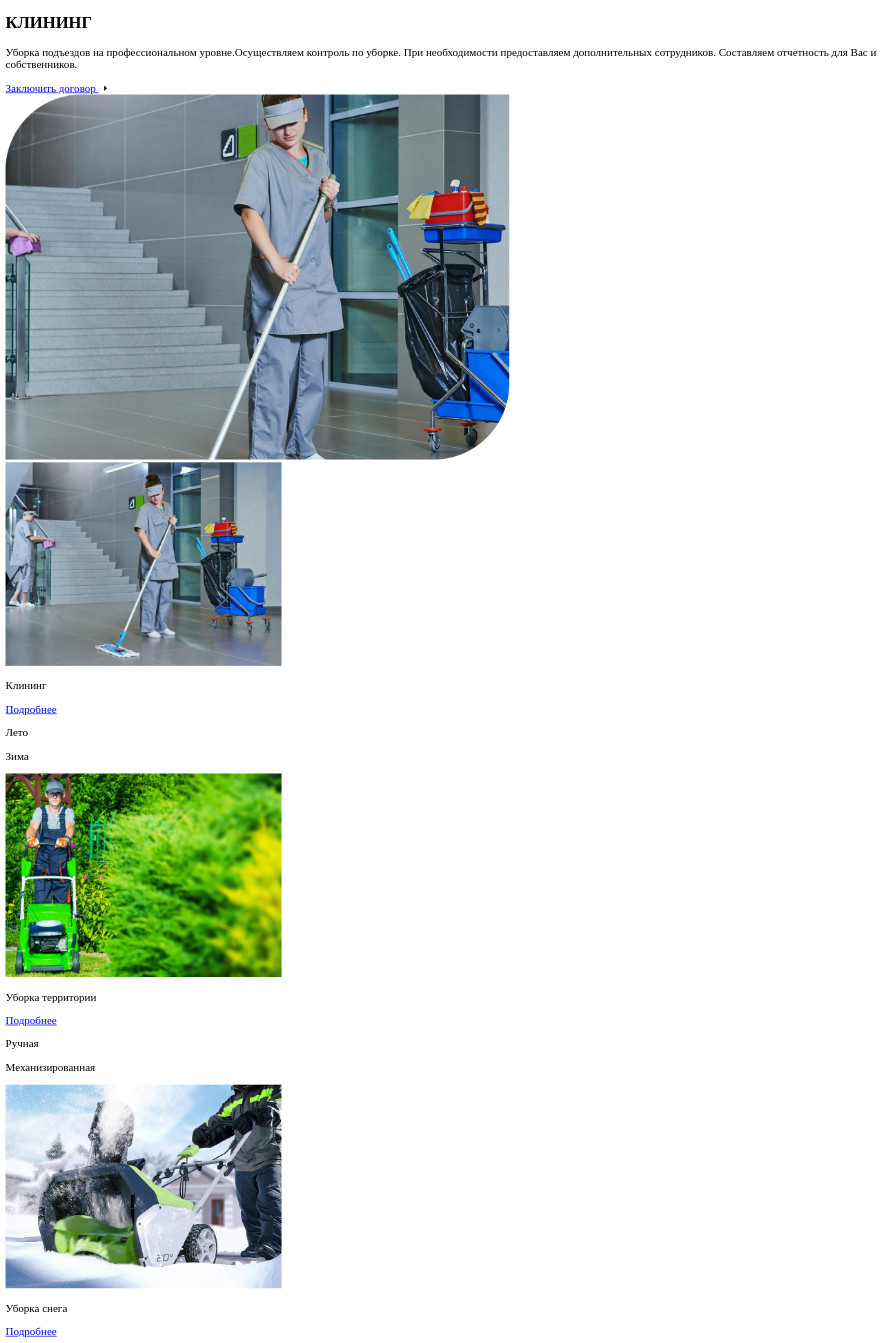
Repository: Azimich/Cleaning_
Page: src/pages/Cleaning/banner/banner.html
These files come from the project's save history. The page is drawn as it stood at one moment and after the next save; the edit follows.
The browser window is 1280 px wide. The pictures show the whole page, at 69% of full size.

Above is the page before, as saved 2022-10-19 18:34:57.

### src/pages/Cleaning/banner/banner.html
<!DOCTYPE html>
<section class="banner__cleaning">
  <div class="wrapper">
    <div class="banner__cleaning__container">
      <div class="banner__cleaning__items">
        <div class="banner__cleaning__info">
          <h1>КЛИНИНГ</h1>
          <p>
            Уборка подъездов на профессиональном уровне.Осуществляем контроль по уборке. При необходимости предоставляем дополнительных сотрудников. Составляем отчетность для Вас и собственников.
          </p>
          <a href="#" class="banner__cleaning__button">
            <span>Заключить договор</span>
            <svg width="13px" height="10px" viewbox="0 0 13 10">
              <path d="M1,5 L11,5"></path>
              <polyline points="8 1 12 5 8 9"></polyline>
            </svg>
          </a>
        </div>
        <div class="banner__cleaning__banner__cleaning">
          <img src="../assets/images/cleaning-banner.jpg" alt="banner__cleaning">
        </div>
      </div>
      <div class="banner__services__items">
        <div class="banner__services__item">
          <div class="services__item-images">
            <img src="../assets/images/cleaning.jpg" alt="cleaning">
          </div>
          <div class="services__item-info">
            <p class="h3">Клининг</p>
            <a href="cleaning.html" class="button-2">Подробнее</a>
          </div>
        </div>
        <div class="banner__services__item">
          <div class="services__item-images">
            <div class="services__item-animation">
              <span>
                <p>Лето</p>
                <p>Зима</p>
              </span>
            </div>
            <img src="../assets/images/grass.jpg" alt="grass">
          </div>
          <div class="services__item-info">
            <p class="h3">Уборка территории</p>
            <a href="#" class="button-2">Подробнее</a>
          </div>
        </div>
        <div class="banner__services__item">
          <div class="services__item-images">
            <div class="services__item-animation">
              <span>
                <p>Ручная</p>
                <p>Механизированная</p>
              </span>
            </div>
            <img src="../assets/images/snow.jpg" alt="snow">
          </div>
          <div class="services__item-info">
            <p class="h3">Уборка снега</p>
            <a href="#" class="button-2">Подробнее</a>
          </div>
        </div>
      </div>
    </div>
  </div>
</section>

After the next save:
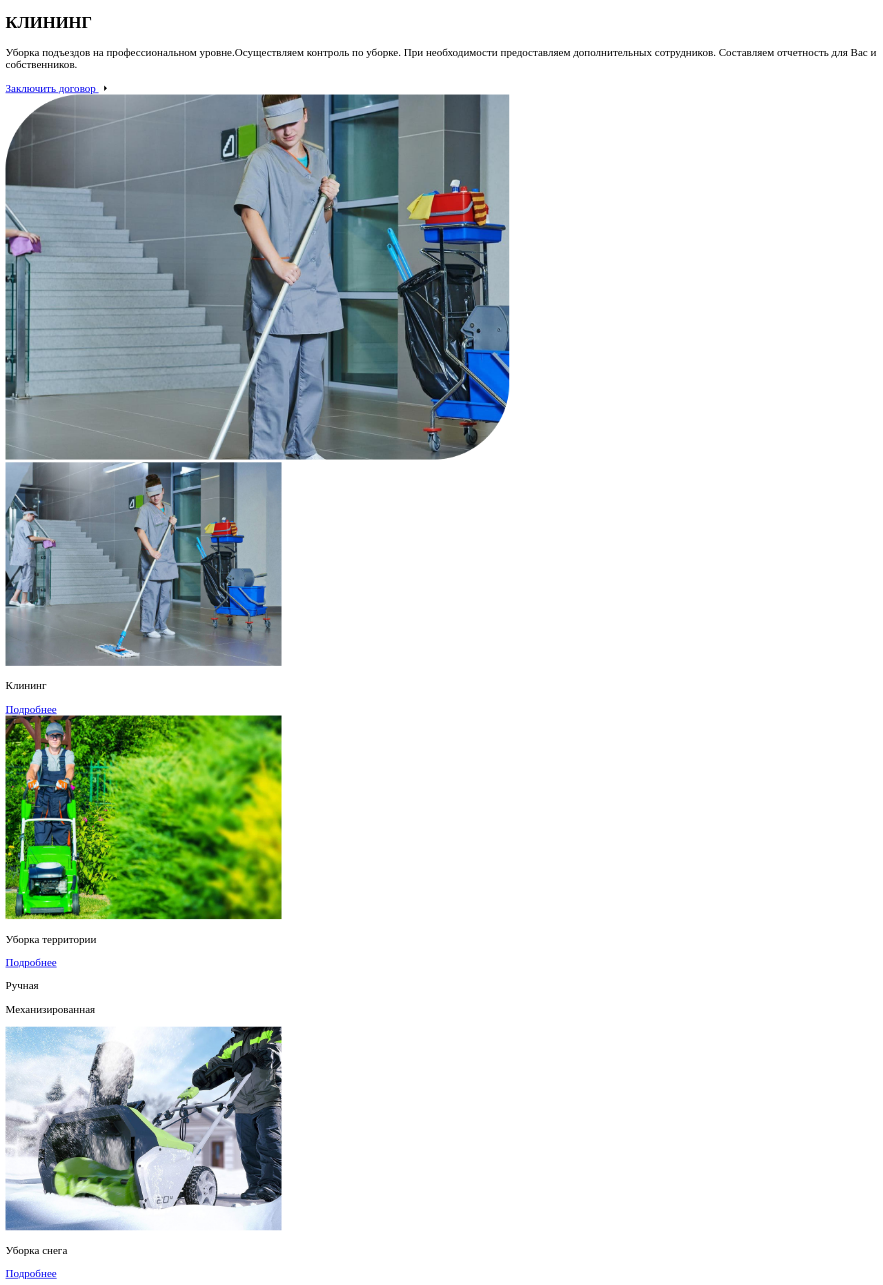
Saved 10 s later.
--- a/src/pages/Cleaning/banner/banner.html
+++ b/src/pages/Cleaning/banner/banner.html
@@ -32,12 +32,6 @@
         </div>
         <div class="banner__services__item">
           <div class="services__item-images">
-            <div class="services__item-animation">
-              <span>
-                <p>Лето</p>
-                <p>Зима</p>
-              </span>
-            </div>
             <img src="../assets/images/grass.jpg" alt="grass">
           </div>
           <div class="services__item-info">
